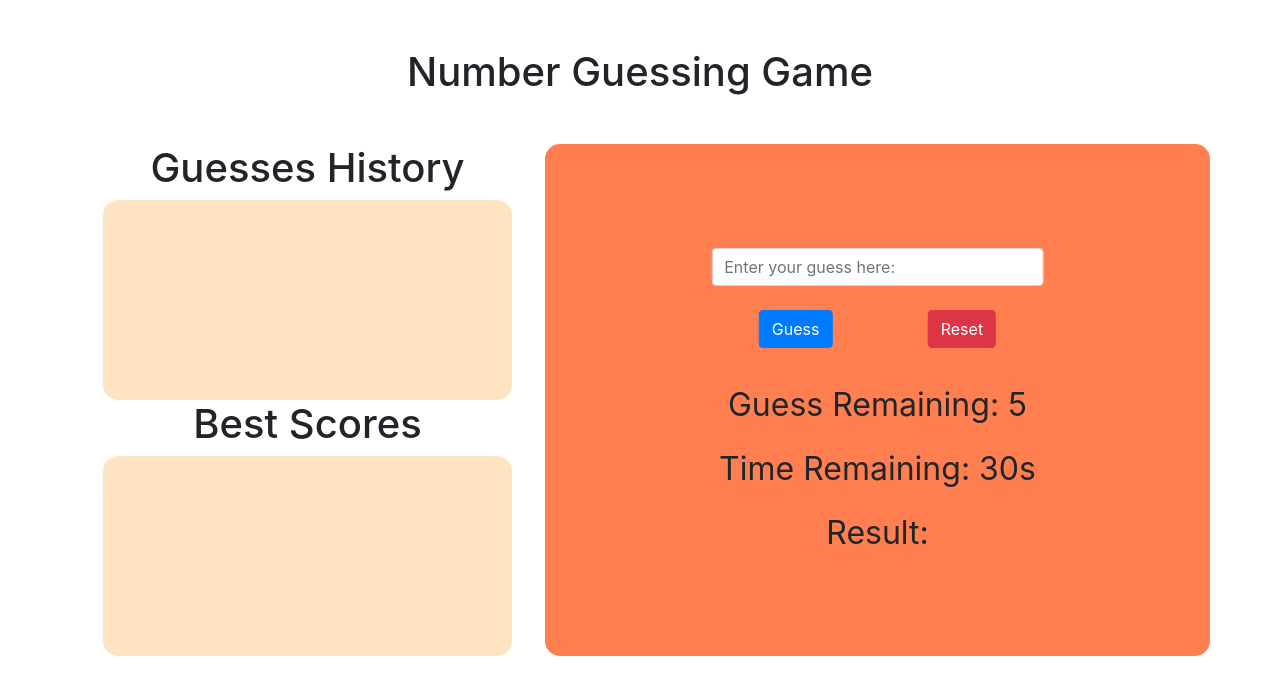
Repository: tts2610/NumberGuessingGame
Page: index.html
An editor plug-in stored every save of this project. The page is shown before and after the next save, followed by the edit.
The browser window is 1280 px wide. The pictures show the whole page.

Above is the page before, as saved 2020-05-13 12:28:26.

### index.html
<!DOCTYPE html>
<html lang="en">

<head>
    <meta charset="UTF-8">
    <meta name="viewport" content="width=device-width, initial-scale=1.0">
    <title>Document</title>
    <link rel="stylesheet" href="https://maxcdn.bootstrapcdn.com/bootstrap/4.4.1/css/bootstrap.min.css">

    <!-- jQuery library -->
    <script src="https://ajax.googleapis.com/ajax/libs/jquery/3.4.1/jquery.min.js"></script>

    <!-- Popper JS -->
    <script src="https://cdnjs.cloudflare.com/ajax/libs/popper.js/1.16.0/umd/popper.min.js"></script>

    <!-- Latest compiled JavaScript -->
    <script src="https://maxcdn.bootstrapcdn.com/bootstrap/4.4.1/js/bootstrap.min.js"></script>
    <link rel="stylesheet" href="css/style.css">

</head>

<body>

    <section class="container py-5 numberGuessingBox">
        <h1 style="text-align: center;" class="mb-5">Number Guessing Game</h1>
        <div class="row">
            <div class="col-5 left_handSide px-5">
                <h1 style="text-align: center;">Guesses History</h1>
                <div class="row box-1"></div>
                <h1 style="text-align: center;">Best Scores</h1>
                <div class="row box-2"></div>
            </div>
            <div class="col-7 right_handSide px-5">
                <div class="customForm py-5">
                    <input type="number" class="form-control" id="guess" placeholder="Enter your guess here:">
                    <div class="submitBtn">
                        <button type="button" class="btn btn-primary mt-4">Guess</button>
                        <button type="button" class="btn btn-danger mt-4">Reset</button>
                    </div>

                </div>
                <div class="result">
                    <p>Guess Remaining: 5</p>
                    <p>Time Remaining: 30s</p>
                    <p>Result:</p>
                </div>

            </div>
        </div>
    </section>

    <script src="js/script.js"></script>
</body>

</html>

### css/style.css
.numberGuessingBox .row .left_handSide .box-1 {
    background-color: bisque;
    height: 200px;
    border-radius: 15px;
}

.numberGuessingBox .row .left_handSide .box-2 {
    background-color: bisque;
    height: 200px;
    border-radius: 15px;
}

.numberGuessingBox .row .right_handSide {
    background-color: coral;
    border-radius: 15px;
    width: auto;
}

.numberGuessingBox .row .right_handSide .customForm {
    width: 50%;
    position: absolute;
    top: 30%;
    left: 50%;
    transform: translate(-50%, -50%);
}

.numberGuessingBox .row .right_handSide .result {
    width: 50%;
    position: absolute;
    top: 65%;
    left: 50%;
    transform: translate(-50%, -50%);
    font-size: xx-large;
    text-align: center;
}

.numberGuessingBox .row .right_handSide .customForm .submitBtn {
    display: flex;
    justify-content: space-around;
}

Loaded but not shown: js/script.js (no copy from this time; the picture is the same without it)

After the next save:
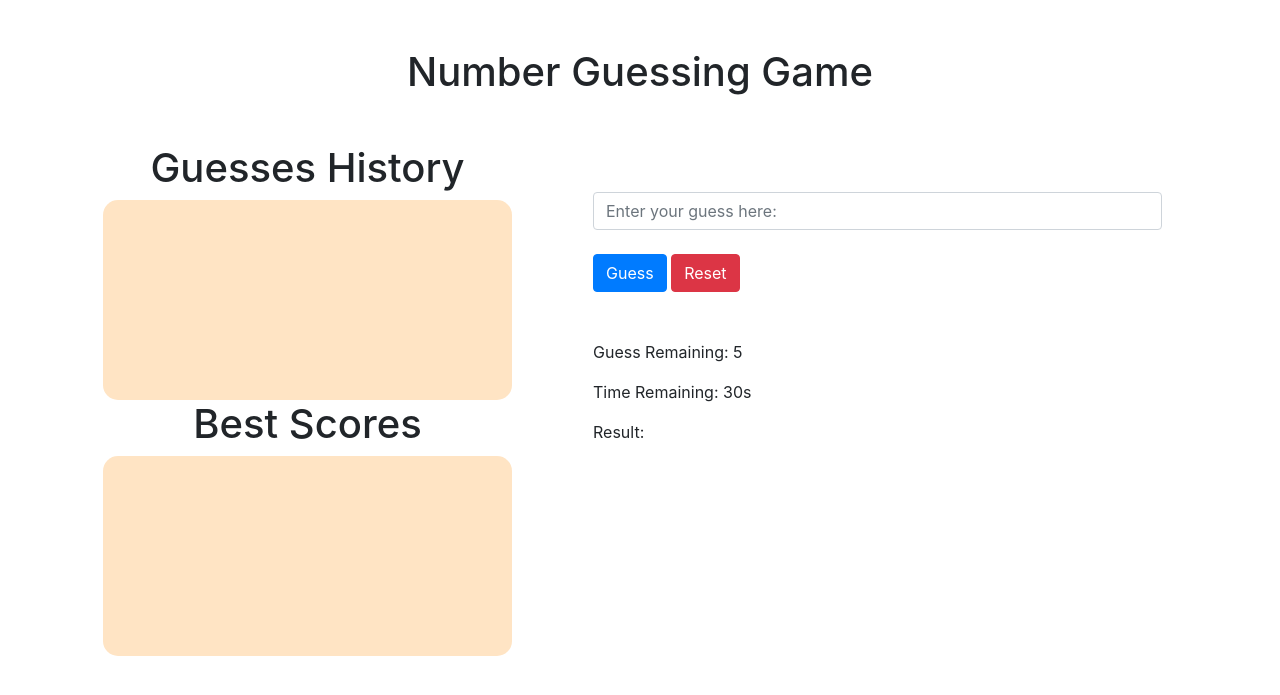
Saved 3 min 29 s later.
--- a/index.html
+++ b/index.html
@@ -30,7 +30,7 @@
                 <h1 style="text-align: center;">Best Scores</h1>
                 <div class="row box-2"></div>
             </div>
-            <div class="col-7 right_handSide px-5">
+            <div class="col-7 right_handSide_1 px-5">
                 <div class="customForm py-5">
                     <input type="number" class="form-control" id="guess" placeholder="Enter your guess here:">
                     <div class="submitBtn">

After the save that followed:
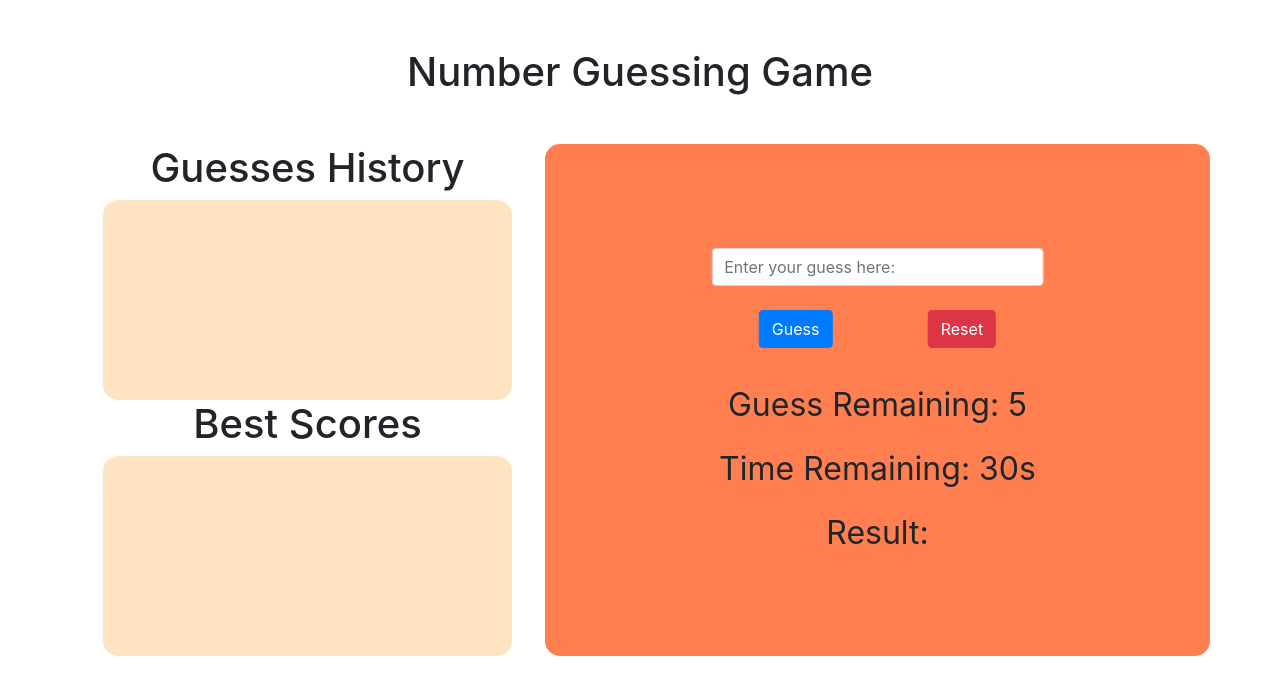
Saved 41 s later.
--- a/index.html
+++ b/index.html
@@ -30,7 +30,7 @@
                 <h1 style="text-align: center;">Best Scores</h1>
                 <div class="row box-2"></div>
             </div>
-            <div class="col-7 right_handSide_1 px-5">
+            <div class="col-7 right_handSide px-5">
                 <div class="customForm py-5">
                     <input type="number" class="form-control" id="guess" placeholder="Enter your guess here:">
                     <div class="submitBtn">
